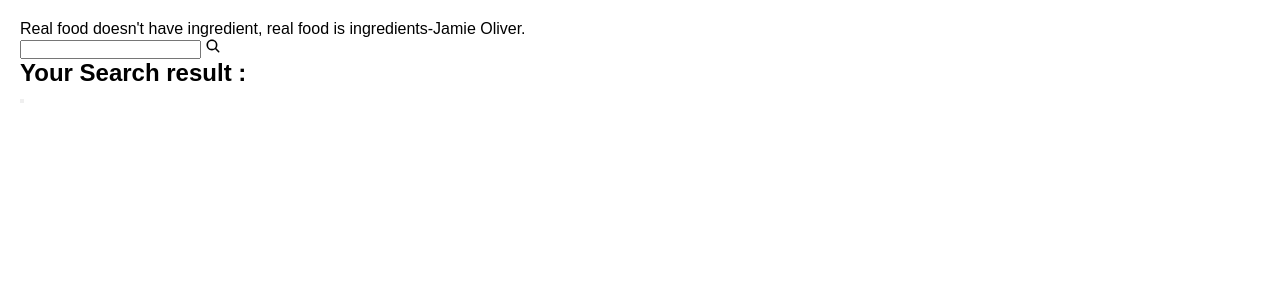
Repository: andrewhuynh561/javascipt
Page: Day 1/index.html
These files come from the project's save history. The page is drawn as it stood at one moment and after the next save; the edit follows.
The browser window is 1280 px wide. The pictures show the whole page.

Above is the page before, as saved 2023-05-17 21:39:48.

### Day 1/index.html
<!DOCTYPE html>
<html lang="en">
<head>
    <meta charset="UTF-8">
    <meta http-equiv="X-UA-Compatible" content="IE=edge">
    <meta name="viewport" content="width=device-width, initial-scale=1.0">
    <title>Find Meal For Your Ingredient</title>
    <link rel="stylesheet" href="style.css">
    <link rel="preconnect" href="https://fonts.googleapis.com">
    <link rel="preconnect" href="https://fonts.gstatic.com" crossorigin>
    <script type="module" src="https://unpkg.com/ionicons@7.1.0/dist/ionicons/ionicons.esm.js"></script>
    <script nomodule src="https://unpkg.com/ionicons@7.1.0/dist/ionicons/ionicons.js"></script>
    <link href="https://fonts.googleapis.com/css2?family=Rubik:ital,wght@0,300;0,500;0,600;1,300&display=swap" rel="stylesheet">
</head>
<body>
    <div class="container">
        <div class="meal-wrapper">
            <p>Real food doesn't have ingredient, real food is ingredients-Jamie Oliver.</p>
            <div class="search-bar">
                <input type="search" class="search">
                <ion-icon name="search"></ion-icon>
            </div>
        </div>
        <div class="meal-result">
            <h2 class="title">Your Search result :</h2>
            <div class="meal" id="meal">
                <!-- meal item -->
          <!-- <div class = "meal-item">
            <div class = "meal-img">
              <img src = "food.jpg" alt = "food">
            </div>
            <div class = "meal-name">
              <h3>Potato Chips</h3>
              <a href = "#" class = "recipe-btn">Get Recipe</a>
            </div>
          </div> -->
          <!-- end of meal item -->
            </div>
            <div class="meal-detail" id="meal-detail">
                <button class="btn ">

                </button>

                <div class="meal-content">
                    <!-- <h2 class = "recipe-title">Meals Name Here</h2>
          <p class = "recipe-category">Category Name</p>
          <div class = "recipe-instruct">
            <h3>Instructions:</h3>
            <p>Lorem ipsum, dolor sit amet consectetur adipisicing elit. Quo blanditiis quis accusantium natus! Porro, reiciendis maiores molestiae distinctio veniam ratione ex provident ipsa, soluta suscipit quam eos velit autem iste!</p>
            <p>Lorem ipsum dolor sit amet consectetur adipisicing elit. Amet aliquam voluptatibus ad obcaecati magnam, esse numquam nisi ut adipisci in?</p>
          </div>
          <div class = "recipe-meal-img">
            <img src = "food.jpg" alt = "">
          </div>
          <div class = "recipe-link">
            <a href = "#" target = "_blank">Watch Video</a>
          </div> -->
                </div>
            </div>
        </div>
    </div>

<script src="app.js"></script>
</body>
</html>

### Day 1/style.css
*{
    margin: 0;
    padding: 0;
    box-sizing: border-box;
}
body {
    font-family: "Poppins", sans-serif;
    padding: 20px;
  }
:root{
    --tenne-tawny: #d65108;
    --tenne-tawny-dark: #b54507;
}
.container{
    margin: auto;
    padding: auto;
}

Loaded but not shown: Day 1/app.js (no copy from this time; the picture is the same without it)

After the next save:
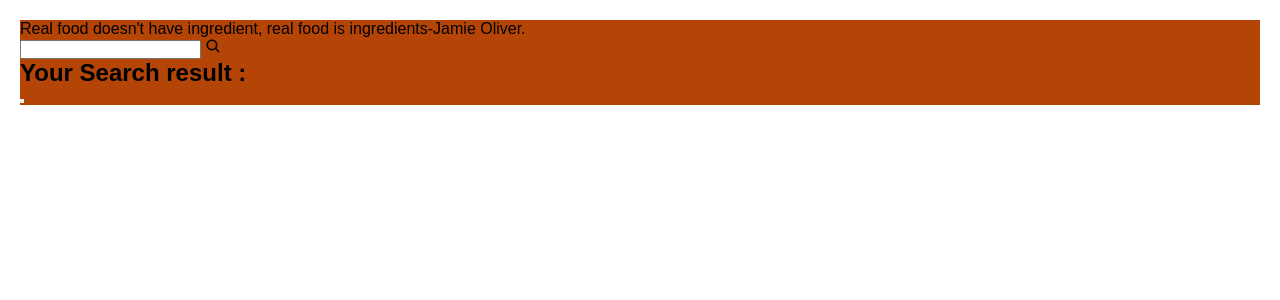
Saved 14 s later.
--- a/Day 1/style.css
+++ b/Day 1/style.css
@@ -14,4 +14,5 @@ body {
 .container{
     margin: auto;
     padding: auto;
+    background-color: #b54507;
 }
